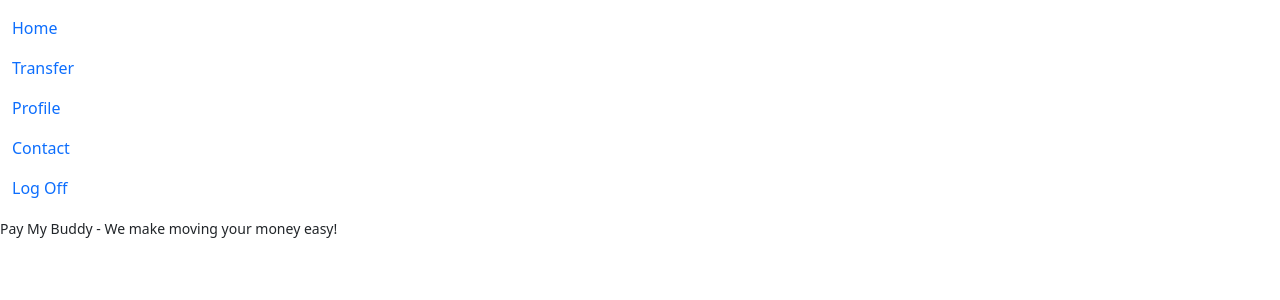
Repository: Am-BOUK/paymybuddy
Page: http://localhost/template1
These files come from the project's save history. The page is drawn as it stood at one moment and after the next save; the edit follows.
The browser window is 1280 px wide. The pictures show the whole page.
The page is this project's Thymeleaf template; nobody is signed in. The template is opened directly, without the code that normally fills it, so the values that code supplies are empty.

Above is the page before, as saved 2021-12-15 17:45:51.

### PayMyBuddy/src/main/resources/templates/template1.html
<!DOCTYPE html>
<html xmlns:th="http://www.thymleaf.org"
	xmlns:layout="http://www.ultraq.net.nz/thymeleaf/layout">
<head>
<meta charset="utf-8">
<title>Ma banque</title>
<link
	href="https://cdn.jsdelivr.net/npm/bootstrap@5.1.3/dist/css/bootstrap.min.css"
	rel="stylesheet"
	integrity="sha384-1BmE4kWBq78iYhFldvKuhfTAU6auU8tT94WrHftjDbrCEXSU1oBoqyl2QvZ6jIW3"
	crossorigin="anonymous">
<script
	src="https://cdn.jsdelivr.net/npm/bootstrap@5.1.3/dist/js/bootstrap.min.js"
	integrity="sha384-QJHtvGhmr9XOIpI6YVutG+2QOK9T+ZnN4kzFN1RtK3zEFEIsxhlmWl5/YESvpZ13"
	crossorigin="anonymous"></script>
</head>
<body>
	<header>
		<div class="navbar navbar-default">
			<div class="container-fluid">
				<ul class="navbar-nav">
					<li><a class="nav-link" href="home">Home</a></li>
					<li><a class="nav-link" href="transfer">Transfer</a></li>
					<li><a class="nav-link" href="profile">Profile</a></li>
					<li><a class="nav-link" href="contact">Contact</a></li>
					<li><a class="nav-link" href="logOff">Log Off</a></li>
				</ul>
			</div>
		</div>
	</header>
	<section layout:fragment="content"></section>
	<footer class="navbar-fixed-top">
		<small>Pay My Buddy - We make moving your money easy!</small>
	</footer>
</body>
</html>

After the next save:
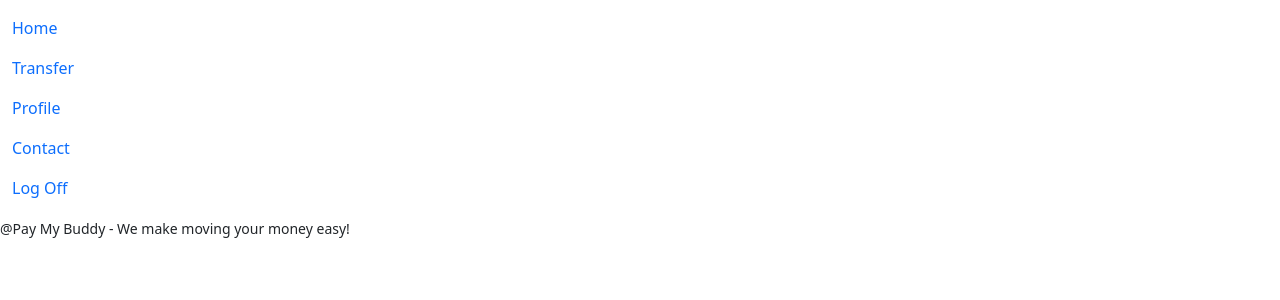
Saved 15 s later.
--- a/PayMyBuddy/src/main/resources/templates/template1.html
+++ b/PayMyBuddy/src/main/resources/templates/template1.html
@@ -30,7 +30,7 @@
 	</header>
 	<section layout:fragment="content"></section>
 	<footer class="navbar-fixed-top">
-		<small>Pay My Buddy - We make moving your money easy!</small>
+		<small>@Pay My Buddy - We make moving your money easy!</small>
 	</footer>
 </body>
 </html>
